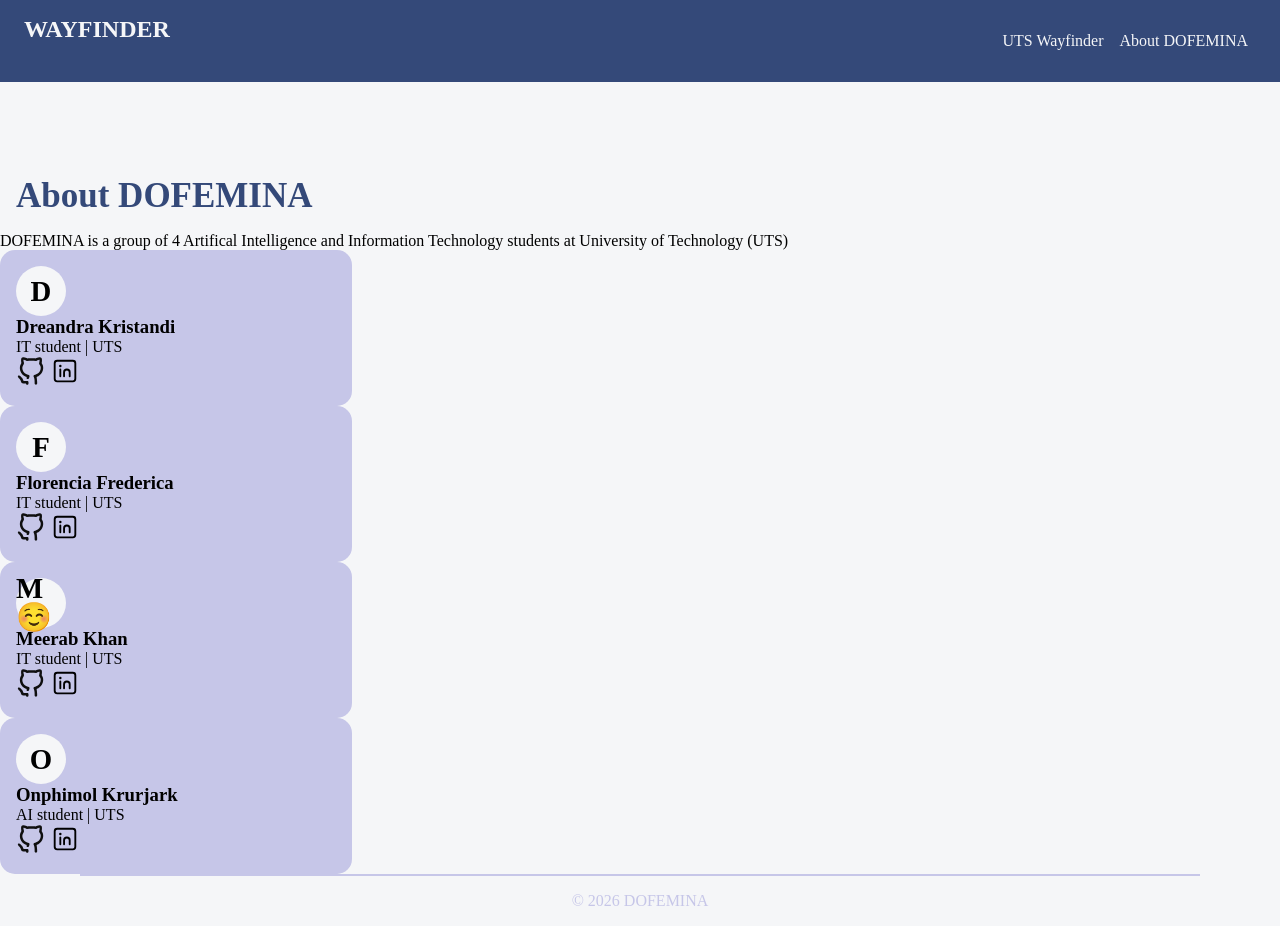
Repository: Meerab-K/uts-wayfinder
Page: html/about.html
An editor plug-in stored every save of this project. The page is shown before and after the next save, followed by the edit.
The browser window is 1280 px wide. The pictures show the whole page.
Some web fonts or font styles are not loaded; a fallback is used.

Above is the page before, as saved 2026-10-19 20:31:00.

### html/about.html
<!DOCTYPE html>
<html lang="en">
<head>
    <meta charset="UTF-8">
    <meta name="viewport" content="width=device-width, initial-scale=1.0">
    <title>About DOFEMINA - UTS Wayfinder</title>

    <link rel="stylesheet" href="../css/common.css">
    <link rel="stylesheet" href="../css/about.css">
    <link rel="stylesheet" href="../css/responsive.css">

    <!-- Google Fonts -->
    <link rel="preconnect" href="https://fonts.googleapis.com">
    <link rel="preconnect" href="https://fonts.gstatic.com" crossorigin>
    <link href="https://fonts.googleapis.com/css2?family=Maname&display=swap" rel="stylesheet">

</head>
<body>
    <header>
        <nav class="navbar">
            <h1>WAYFINDER</h1>
            <ul>
                <li><a href="index.html">UTS Wayfinder</a></li>
                <li><a href="about.html">About DOFEMINA</a></li>
            </ul>
        </nav>
    </header>

    <main>
        <h2>About DOFEMINA</h2>
        <div></div>
        <p>DOFEMINA is a group of 4 Artifical Intelligence and Information Technology students at University of Technology (UTS)</p>
        <p></p>
        <div class="card-holder">
            <div class="profile">D</div>
            <h3 class="name">Dreandra Kristandi</h3>
            <div class="bio">IT student | UTS</div>
            <div class="contact-link">
                <a href=""><img src="../svg/github.svg" alt="github-icon"></a>
                <a href=""><img src="../svg/linkedin.svg" alt="linkedin-icon"></a>
            </div>
        </div>
        <div class="card-holder">
            <div class="profile">F</div>
            <h3 class="name">Florencia Frederica</h3>
            <div class="bio">IT student | UTS</div>
            <div class="contact-link">
                <a href=""><img src="../svg/github.svg" alt="github-icon"></a>
                <a href=""><img src="../svg/linkedin.svg" alt="linkedin-icon"></a>
            </div>
        </div>
        <div class="card-holder">
            <div class="profile">M ☺️</div>
            <h3 class="name">Meerab Khan</h3>
            <div class="bio">IT student | UTS</div>
            <div class="contact-link">
                <a href=""><img src="../svg/github.svg" alt="github-icon"></a>
                <a href=""><img src="../svg/linkedin.svg" alt="linkedin-icon"></a>
            </div>
        </div>
        <div class="card-holder">
            <div class="profile">O</div>
            <h3 class="name">Onphimol Krurjark</h3>
            <div class="bio">AI student | UTS</div>
            <div class="contact-link">
                <a href=""><img src="../svg/github.svg" alt="github-icon"></a>
                <a href=""><img src="../svg/linkedin.svg" alt="linkedin-icon"></a>
            </div>
        </div>
    </main>

    <footer>
        <p>&copy; 2026 DOFEMINA </p>
    </footer>
</body>
</html>

### css/common.css
:root {
    /*Background*/
    --background-color: #f5f6f8;
    --primary-color: #344979;
    --secondary-color: #9896BB;

    /*Highlight*/
    --highlight-purple: #c6c6e8;
    --highlight-pink: #f7e5eb;

    /*Font*/
    --font: "Maname", serif;
}

* {
    margin: 0;
    padding: 0;
    font-family: var(--font);
}

body {
    background-color: var(--background-color);
    margin: 0;
}

main {
    margin-top: 2rem;
}

footer {
    text-align: center;
    margin: 0 5rem;
    padding: 1rem;
    border-top: 2px solid var(--highlight-purple);
    color: var(--highlight-purple);
}

h2 {
    color: var(--primary-color);
    padding: 1rem;
    font-size: 35px;
}

.navbar {
    background-color: var(--primary-color);
    padding: 1rem;
    margin: 0;
    position: fixed;
    top: 0;
    z-index: 100;
    width: 100%;
    display: flex;
    justify-content: space-between;
    box-sizing: border-box;
}

.navbar h1 {
    color: var(--background-color);
    padding: 0 0 0 0.5rem;
}

.navbar ul {
    list-style-type: none;
    display: flex;
    gap: 1rem;
    margin: 1rem;
}

.navbar a {
    text-decoration: none;
    color: var(--background-color);
}

.navbar a:hover {
    color: var(--highlight-purple);
}

.floating-menu-btn {
    position: fixed;
    bottom: 1rem;
    right: 1rem;
    width: 50px;
    height: 50px;
    background-color: var(--primary-color);
    border-radius: 50%;
    display: flex;
    justify-content: center;
    align-items: center;
    cursor: pointer;
    z-index: 1000;
}

.floating-menu-btn span{
    background-color: var(--background-color);
    width: 30px;
    height: 3px;
}

main {
    margin-top: 10rem;
}

### css/about.css
.card-holder {
    background-color: var(--highlight-purple);
    border-radius: 15px;
    padding: 1rem;
    width: 25%;
}

.profile {
    display: flex;
    justify-content: center;
    align-items: center;

    height: 50px;
    width: 50px;
    border-radius: 50%;
    background-color: var(--background-color);

    font-size: 1.8rem;
    font-weight: bold;
    line-height: 1;
    padding: 0;
    box-sizing: border-box;
}

.name {

}

.bio {

}

.contact-link img {
    width: 30px;
    height: auto;
}

### css/responsive.css
@media (max-width: 1000px) {
    /*index.html*/
    #map_section {
        display: block;
    }

    #map_section img {
        width: 100%;
        margin: 0;
    }

    #map_section div h2 {
        text-align: center;
    }

    #map_section div table {
        width: 100%;
    }
}

@media (max-width: 800px) {
    main {
        margin-top: 10rem;
    }

    .navbar {
        text-align: center;
        display: block;
    }

    .navbar ul {
        justify-content: center;
        margin-top: 1.5rem;
        padding: 0.5rem;
        border-top: 1px solid var(--secondary-color);
    }

    /*index.html*/
    form select {
        width: 60%;
    }

    /*about.html*/
}

### svg/github.svg
<?xml version="1.0" encoding="utf-8"?><!-- Uploaded to: SVG Repo, www.svgrepo.com, Generator: SVG Repo Mixer Tools -->
<svg width="800px" height="800px" viewBox="0 0 24 24" fill="none" xmlns="http://www.w3.org/2000/svg">
<path d="M4.0744 2.9938C4.13263 1.96371 4.37869 1.51577 5.08432 1.15606C5.84357 0.768899 7.04106 0.949072 8.45014 1.66261C9.05706 1.97009 9.11886 1.97635 10.1825 1.83998C11.5963 1.65865 13.4164 1.65929 14.7213 1.84164C15.7081 1.97954 15.7729 1.97265 16.3813 1.66453C18.3814 0.651679 19.9605 0.71795 20.5323 1.8387C20.8177 2.39812 20.8707 3.84971 20.6494 5.04695C20.5267 5.71069 20.5397 5.79356 20.8353 6.22912C22.915 9.29385 21.4165 14.2616 17.8528 16.1155C17.5801 16.2574 17.3503 16.3452 17.163 16.4167C16.5879 16.6363 16.4133 16.703 16.6247 17.7138C16.7265 18.2 16.8491 19.4088 16.8973 20.4002C16.9844 22.1922 16.9831 22.2047 16.6688 22.5703C16.241 23.0676 15.6244 23.076 15.2066 22.5902C14.9341 22.2734 14.9075 22.1238 14.9075 20.9015C14.9075 19.0952 14.7095 17.8946 14.2417 16.8658C13.6854 15.6415 14.0978 15.185 15.37 14.9114C17.1383 14.531 18.5194 13.4397 19.2892 11.8146C20.0211 10.2698 20.1314 8.13501 18.8082 6.83668C18.4319 6.3895 18.4057 5.98446 18.6744 4.76309C18.7748 4.3066 18.859 3.71768 18.8615 3.45425C18.8653 3.03823 18.8274 2.97541 18.5719 2.97541C18.4102 2.97541 17.7924 3.21062 17.1992 3.49805L16.2524 3.95695C16.1663 3.99866 16.07 4.0147 15.975 4.0038C13.5675 3.72746 11.2799 3.72319 8.86062 4.00488C8.76526 4.01598 8.66853 3.99994 8.58215 3.95802L7.63585 3.49882C7.04259 3.21087 6.42482 2.97541 6.26317 2.97541C5.88941 2.97541 5.88379 3.25135 6.22447 4.89078C6.43258 5.89203 6.57262 6.11513 5.97101 6.91572C5.06925 8.11576 4.844 9.60592 5.32757 11.1716C5.93704 13.1446 7.4295 14.4775 9.52773 14.9222C10.7926 15.1903 11.1232 15.5401 10.6402 16.9905C10.26 18.1319 10.0196 18.4261 9.46707 18.4261C8.72365 18.4261 8.25796 17.7821 8.51424 17.1082C8.62712 16.8112 8.59354 16.7795 7.89711 16.5255C5.77117 15.7504 4.14514 14.0131 3.40172 11.7223C2.82711 9.95184 3.07994 7.64739 4.00175 6.25453C4.31561 5.78028 4.32047 5.74006 4.174 4.83217C4.09113 4.31822 4.04631 3.49103 4.0744 2.9938Z" fill="#0F0F0F"/>
<path d="M3.33203 15.9454C3.02568 15.4859 2.40481 15.3617 1.94528 15.6681C1.48576 15.9744 1.36158 16.5953 1.66793 17.0548C1.8941 17.3941 2.16467 17.6728 2.39444 17.9025C2.4368 17.9449 2.47796 17.9858 2.51815 18.0257C2.71062 18.2169 2.88056 18.3857 3.05124 18.5861C3.42875 19.0292 3.80536 19.626 4.0194 20.6962C4.11474 21.1729 4.45739 21.4297 4.64725 21.5419C4.85315 21.6635 5.07812 21.7352 5.26325 21.7819C5.64196 21.8774 6.10169 21.927 6.53799 21.9559C7.01695 21.9877 7.53592 21.998 7.99999 22.0008C8.00033 22.5527 8.44791 23.0001 8.99998 23.0001C9.55227 23.0001 9.99998 22.5524 9.99998 22.0001V21.0001C9.99998 20.4478 9.55227 20.0001 8.99998 20.0001C8.90571 20.0001 8.80372 20.0004 8.69569 20.0008C8.10883 20.0026 7.34388 20.0049 6.67018 19.9603C6.34531 19.9388 6.07825 19.9083 5.88241 19.871C5.58083 18.6871 5.09362 17.8994 4.57373 17.2891C4.34391 17.0194 4.10593 16.7834 3.91236 16.5914C3.87612 16.5555 3.84144 16.5211 3.80865 16.4883C3.5853 16.265 3.4392 16.1062 3.33203 15.9454Z" fill="#0F0F0F"/>
</svg>

### svg/linkedin.svg
<?xml version="1.0" encoding="utf-8"?><!-- Uploaded to: SVG Repo, www.svgrepo.com, Generator: SVG Repo Mixer Tools -->
<svg width="800px" height="800px" viewBox="0 0 192 192" xmlns="http://www.w3.org/2000/svg" fill="none"><rect width="132" height="132" x="30" y="30" stroke="#000000" stroke-width="12" rx="16"/><path stroke="#000000" stroke-linecap="round" stroke-linejoin="round" stroke-width="12" d="M66 86v44"/><circle cx="66" cy="64" r="8" fill="#000000"/><path stroke="#000000" stroke-linecap="round" stroke-width="12" d="M126 130v-26c0-9.941-8.059-18-18-18v0c-9.941 0-18 8.059-18 18v26"/></svg>

After the next save:
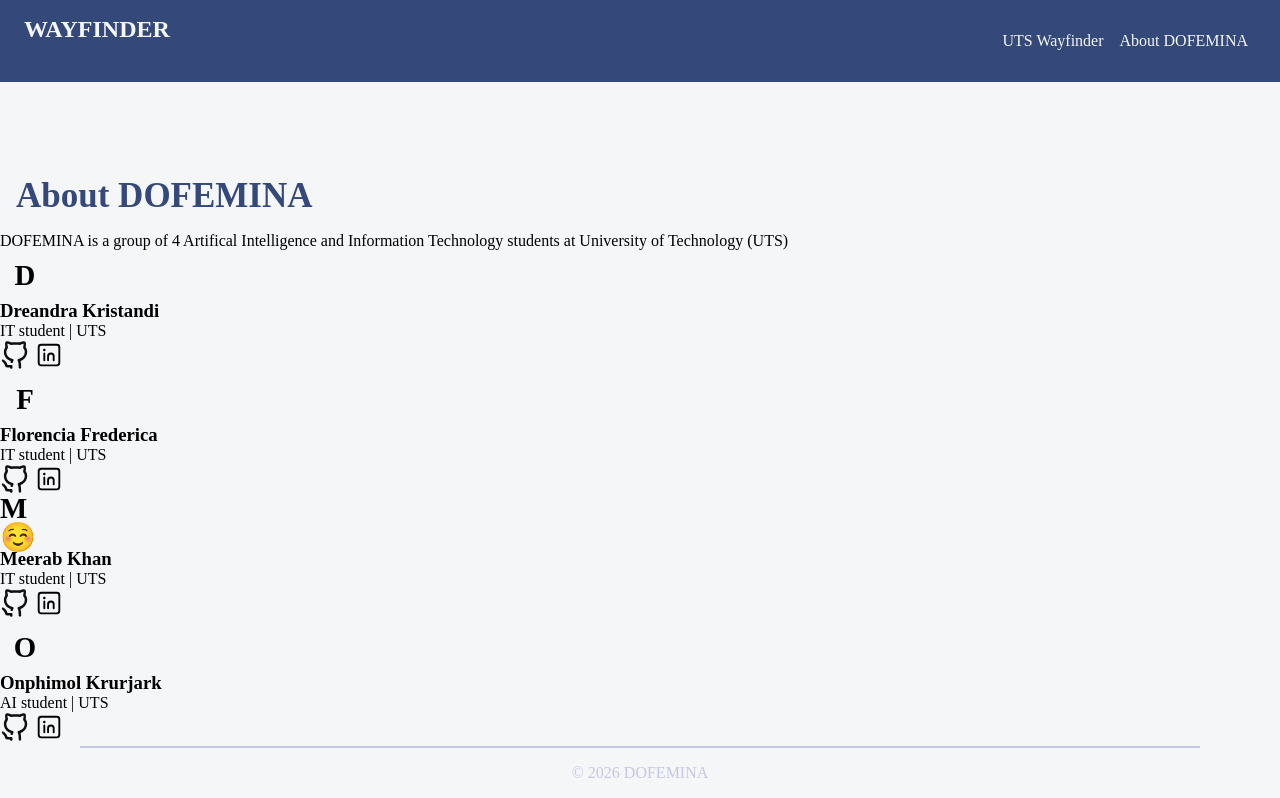
Saved 4 s later.
--- a/css/about.css
+++ b/css/about.css
@@ -1,8 +1,4 @@
 .card-holder {
-    background-color: var(--highlight-purple);
-    border-radius: 15px;
-    padding: 1rem;
-    width: 25%;
 }
 
 .profile {
